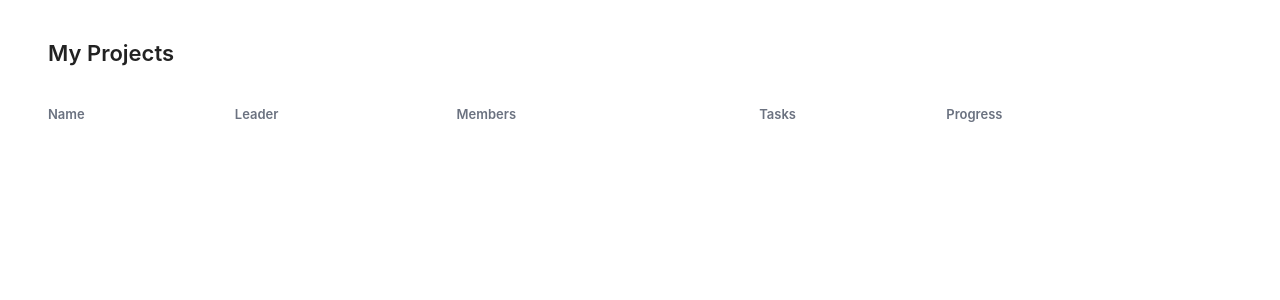
Repository: lynaannou/work-management-app
Page: src/main/resources/ressources/view/projects.html
The author's editor kept a copy of each file at every save. The page is drawn from the files as they stood at one save, then again after the next save.
The browser window is 1280 px wide. The pictures show the whole page.

Above is the page before, as saved 2025-12-16 12:51:27.

### src/main/resources/ressources/view/projects.html
<!DOCTYPE html>
<html lang="en">
<head>
  <meta charset="UTF-8">
  <title>ECLIPSEWORK – Projects</title>
  <link rel="stylesheet" href="projects.css">
</head>
<body>

<h2>My Projects</h2>

<table id="projectsTable">
  <thead>
    <tr>
      <th>Name</th>
      <th>Leader</th>
      <th>Members</th>
      <th>Tasks</th>
      <th>Progress</th>
    </tr>
  </thead>
  <tbody></tbody>
</table>

<script>
function loadProjects(data) {
  const tbody = document.querySelector("#projectsTable tbody");
  tbody.innerHTML = "";

  data.forEach(ws => {
    const done = ws.progress.done;
    const total = ws.progress.total;
    const pct = total === 0 ? 0 : Math.round(done / total * 100);

    const tr = document.createElement("tr");

    tr.innerHTML = `
      <td>${ws.workspace.name}</td>
      <td>${ws.leader.firstName} ${ws.leader.lastName}</td>
      <td>${ws.members.length}</td>
      <td>${ws.tasks.length}</td>
      <td>
        <button onclick="openWorkspace(${ws.workspace.teamId})">
          ${pct}% – See progression
        </button>
      </td>
    `;

    tbody.appendChild(tr);
  });
}

// JavaFX hook
function openWorkspace(teamId) {
  if (window.java && window.java.openWorkspace) {
    window.java.openWorkspace(teamId);
  }
}
</script>

</body>
</html>

### src/main/resources/ressources/view/projects.css
/* =========================
   GLOBAL RESET
========================= */
* {
  margin: 0;
  padding: 0;
  box-sizing: border-box;
  font-family: "Inter", "Segoe UI", sans-serif;
}

body {
  background: #ffffff;
  color: #222;
}

/* =========================
   NAVBAR
========================= */
.navbar {
  display: flex;
  align-items: center;
  justify-content: space-between;
  padding: 18px 48px;
  border-bottom: 1px solid #e5e7eb;
}

.nav-left {
  display: flex;
  align-items: center;
  gap: 48px;
}

.brand {
  font-weight: 700;
  font-size: 22px;
  color: #2563eb;
}

.nav-links {
  display: flex;
  gap: 32px;
}

.nav-links a {
  text-decoration: none;
  font-size: 14px;
  font-weight: 500;
  color: #9ca3af;
}

.nav-links a.active {
  color: #000;
  font-weight: 600;
}

.nav-right {
  display: flex;
  align-items: center;
  gap: 12px;
}

.avatar {
  width: 42px;
  height: 42px;
  border-radius: 50%;
  background: #e5f0ff;
  display: flex;
  align-items: center;
  justify-content: center;
}

.avatar img {
  width: 20px;
}

.user-name {
  font-size: 14px;
  font-weight: 600;
}

/* =========================
   PAGE TITLE
========================= */
h2 {
  margin: 40px 48px 24px;
  font-size: 22px;
  font-weight: 600;
}

/* =========================
   TABLE
========================= */
#projectsTable {
  width: calc(100% - 96px);
  margin: 0 48px 40px;
  border-collapse: collapse;
}

#projectsTable thead th {
  text-align: left;
  font-size: 13px;
  font-weight: 600;
  color: #6b7280;
  padding: 16px 0;
}

#projectsTable tbody tr {
  border-top: 1px solid #e5e7eb;
}

#projectsTable tbody tr:last-child {
  border-bottom: 1px solid #e5e7eb;
}

#projectsTable td {
  padding: 22px 0;
  font-size: 14px;
  vertical-align: middle;
}

/* =========================
   PROJECT NAME
========================= */
.project-name {
  font-weight: 600;
  display: flex;
  align-items: center;
  gap: 8px;
}

.project-name .edit {
  font-size: 12px;
  cursor: pointer;
  color: #6b7280;
}

/* =========================
   ROLE BADGES
========================= */
.role {
  display: inline-flex;
  align-items: center;
  gap: 8px;
  padding: 6px 14px;
  border-radius: 999px;
  font-size: 12px;
  font-weight: 600;
}

.role.leader {
  background: #ede9fe;
  color: #5b21b6;
}

.role.member {
  background: #e0f2fe;
  color: #0369a1;
}

.role::before {
  content: "";
  width: 12px;
  height: 12px;
  border-radius: 50%;
  background: currentColor;
}

/* =========================
   ACTION BUTTONS
========================= */
.btn {
  padding: 10px 18px;
  border-radius: 999px;
  background: #e6f0f9;
  border: none;
  font-size: 12px;
  font-weight: 600;
  color: #111827;
  cursor: pointer;
}

.btn:hover {
  background: #dbeafe;
}

/* =========================
   ALIGNMENT HELPERS
========================= */
.col-center {
  text-align: center;
}

.col-right {
  text-align: right;
}

After the next save:
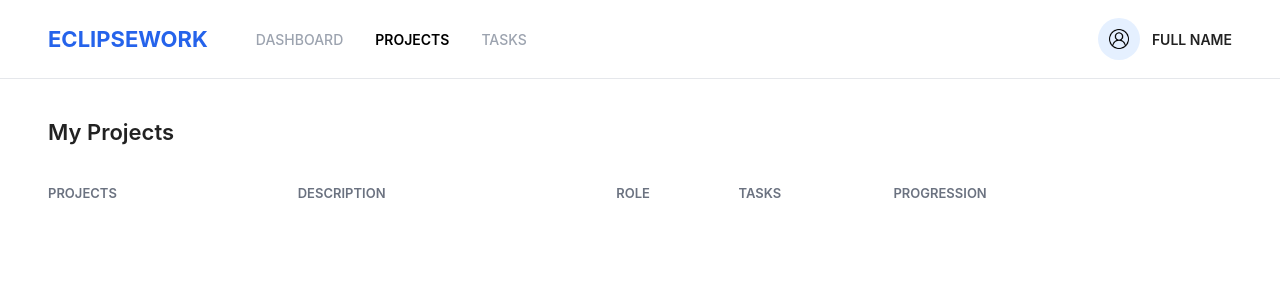
Saved 78 s later.
--- a/src/main/resources/ressources/view/projects.html
+++ b/src/main/resources/ressources/view/projects.html
@@ -7,16 +7,44 @@
 </head>
 <body>
 
+<!-- =========================
+     NAVBAR
+========================= -->
+<div class="navbar">
+  <div class="nav-left">
+    <div class="brand">ECLIPSEWORK</div>
+
+    <div class="nav-links">
+      <a href="#" onclick="goDashboard()">DASHBOARD</a>
+      <a href="#" class="active">PROJECTS</a>
+      <a href="#" onclick="goTasks()">TASKS</a>
+    </div>
+  </div>
+
+  <div class="nav-right">
+    <div class="avatar">
+      <img src="user.png" alt="user">
+    </div>
+    <div class="user-name">FULL NAME</div>
+  </div>
+</div>
+
+<!-- =========================
+     PAGE TITLE
+========================= -->
 <h2>My Projects</h2>
 
+<!-- =========================
+     PROJECTS TABLE
+========================= -->
 <table id="projectsTable">
   <thead>
     <tr>
-      <th>Name</th>
-      <th>Leader</th>
-      <th>Members</th>
-      <th>Tasks</th>
-      <th>Progress</th>
+      <th>PROJECTS</th>
+      <th>DESCRIPTION</th>
+      <th>ROLE</th>
+      <th class="col-center">TASKS</th>
+      <th class="col-center">PROGRESSION</th>
     </tr>
   </thead>
   <tbody></tbody>
@@ -32,16 +60,43 @@ function loadProjects(data) {
     const total = ws.progress.total;
     const pct = total === 0 ? 0 : Math.round(done / total * 100);
 
+    const roleClass =
+      ws.leader && ws.leader.user_id === ws.currentUserId
+        ? "leader"
+        : "member";
+
+    const roleLabel =
+      roleClass === "leader" ? "LEADER" : "MEMBER";
+
     const tr = document.createElement("tr");
 
     tr.innerHTML = `
-      <td>${ws.workspace.name}</td>
-      <td>${ws.leader.firstName} ${ws.leader.lastName}</td>
-      <td>${ws.members.length}</td>
-      <td>${ws.tasks.length}</td>
       <td>
-        <button onclick="openWorkspace(${ws.workspace.teamId})">
-          ${pct}% – See progression
+        <div class="project-name">
+          ${ws.workspace.name}
+          <span class="edit">✎</span>
+        </div>
+      </td>
+
+      <td>
+        ${ws.workspace.description || "—"}
+      </td>
+
+      <td>
+        <span class="role ${roleClass}">
+          ${roleLabel}
+        </span>
+      </td>
+
+      <td class="col-center">
+        <button class="btn">
+          SEE TASKS
+        </button>
+      </td>
+
+      <td class="col-center">
+        <button class="btn" onclick="openWorkspace(${ws.workspace.teamId})">
+          ${pct}% – SEE PROGRESSION
         </button>
       </td>
     `;
@@ -56,6 +111,19 @@ function openWorkspace(teamId) {
     window.java.openWorkspace(teamId);
   }
 }
+
+// Optional future hooks
+function goDashboard() {
+  if (window.java && window.java.goDashboard) {
+    window.java.goDashboard();
+  }
+}
+
+function goTasks() {
+  if (window.java && window.java.goTasks) {
+    window.java.goTasks();
+  }
+}
 </script>
 
 </body>
